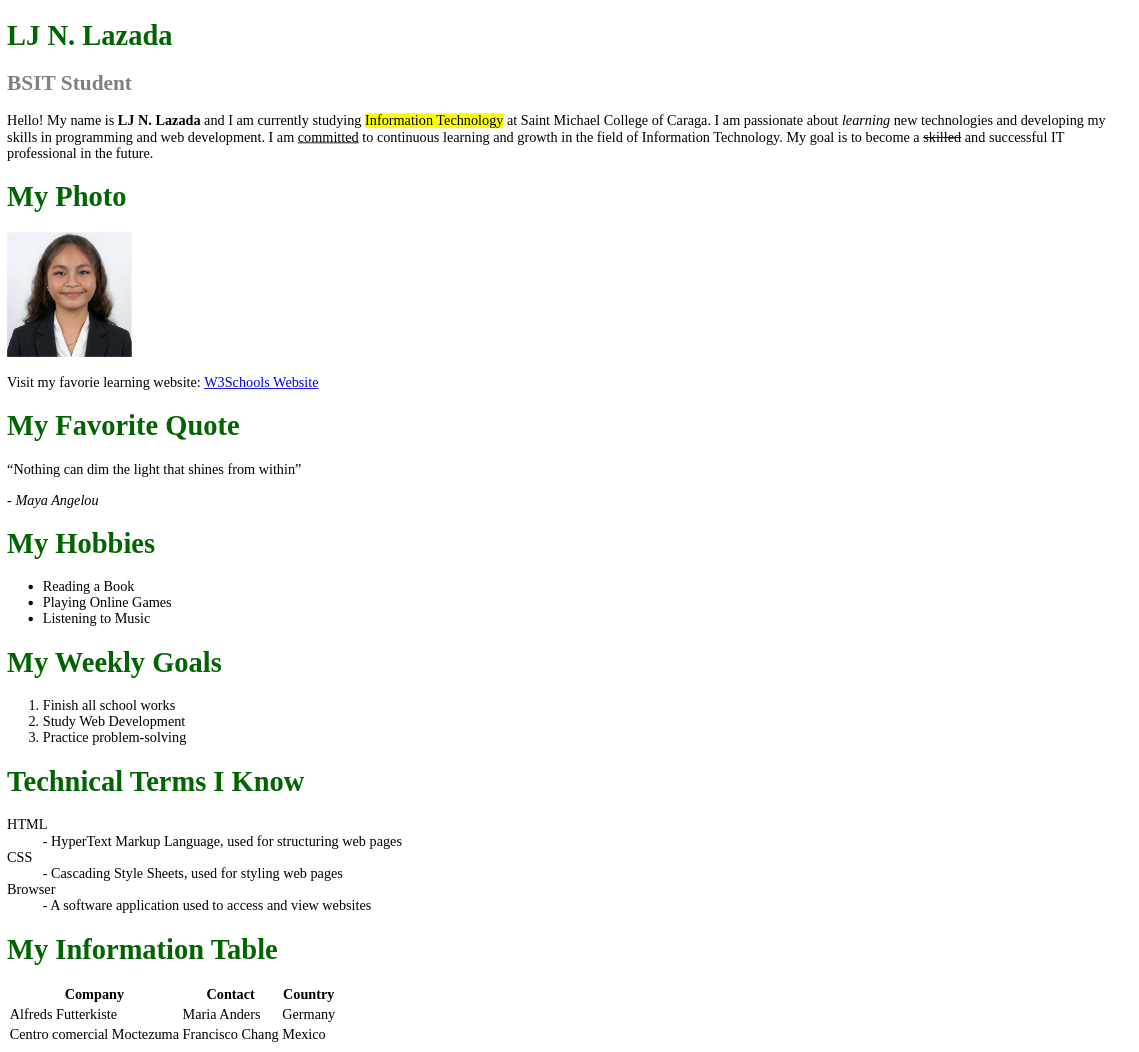
Repository: ljlazada11/myfirsthtml
Page: index.html
An editor plug-in stored every save of this project. The page is shown before and after the next save, followed by the edit.
The browser window is 1280 px wide. The pictures show the whole page, at 89% of full size.

Above is the page before, as saved 2026-06-24 20:26:19.

After the next save:
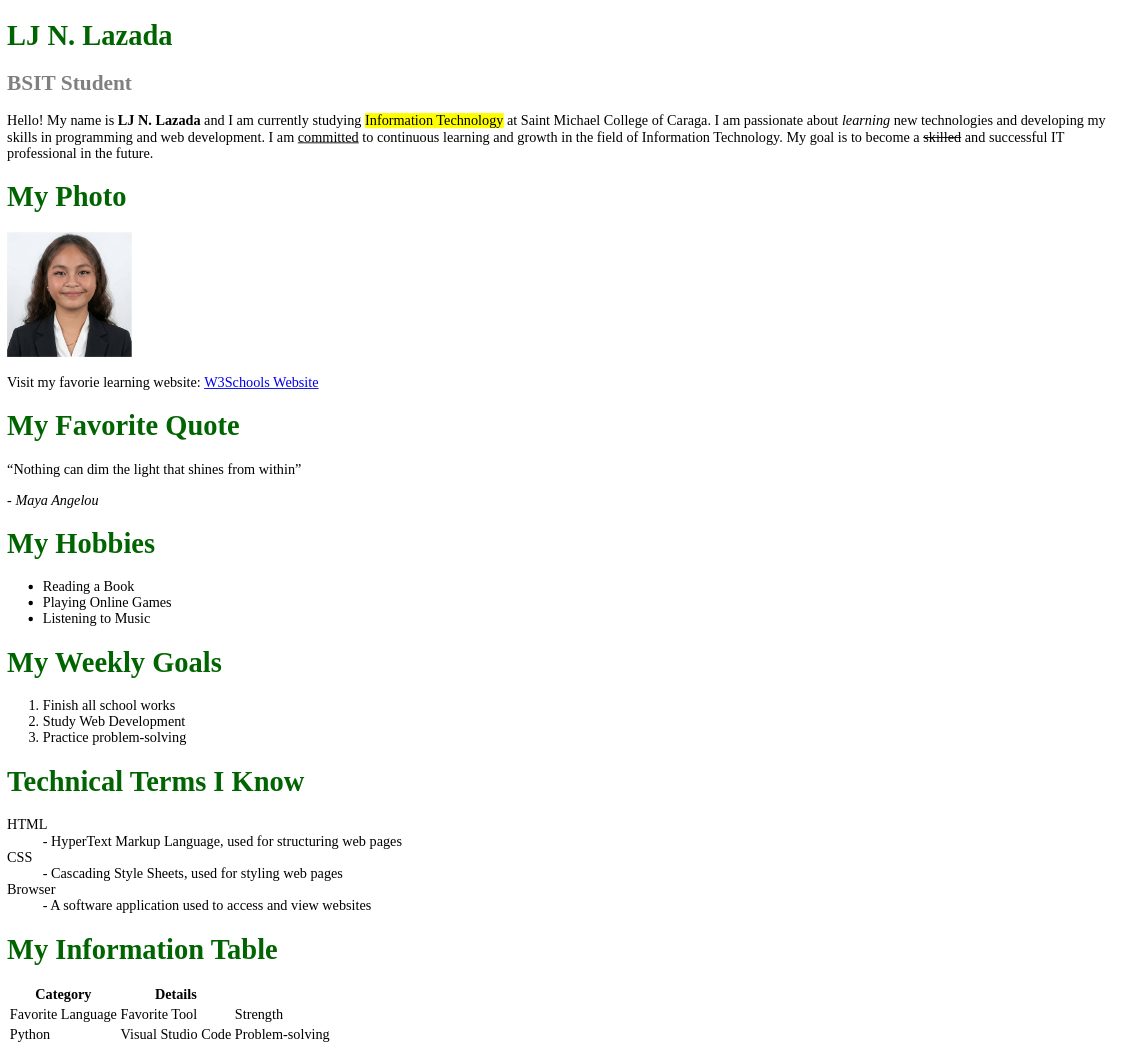
Saved 107 s later.
--- a/index.html
+++ b/index.html
@@ -48,19 +48,18 @@
     <h1 style="color:darkgreen">My Information Table</h1>
     <table>
   <tr>
-    <th>Company</th>
-    <th>Contact</th>
-    <th>Country</th>
+    <th>Category</th>
+    <th>Details</th>
   </tr>
   <tr>
-    <td>Alfreds Futterkiste</td>
-    <td>Maria Anders</td>
-    <td>Germany</td>
+    <td>Favorite Language</td>
+    <td>Favorite Tool</td>
+    <td>Strength</td>
   </tr>
   <tr>
-    <td>Centro comercial Moctezuma</td>
-    <td>Francisco Chang</td>
-    <td>Mexico</td>
+    <td>Python</td>
+    <td>Visual Studio Code</td>
+    <td>Problem-solving</td>
   </tr>
 </table>
 
